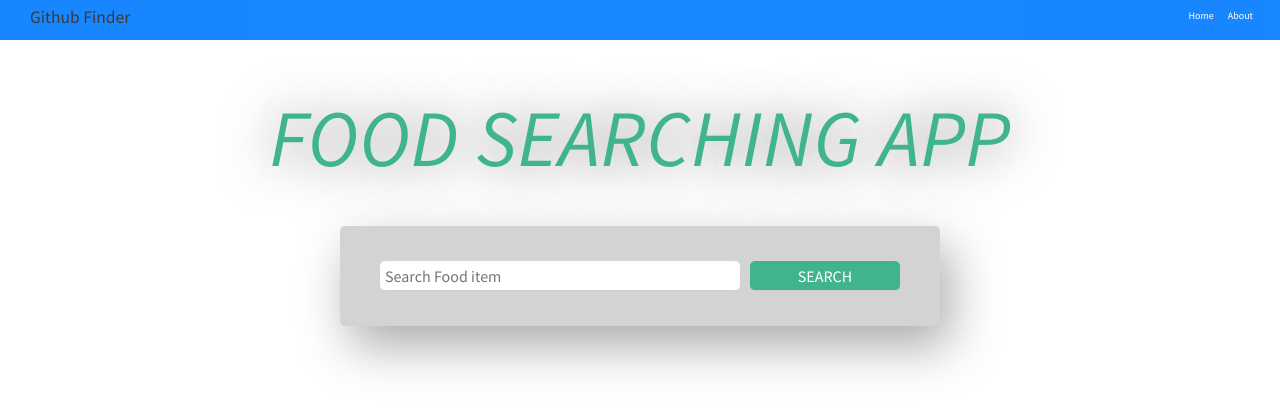
Repository: priyavmehta/React-Food-Recipe-App
Page: /
The author's editor kept a copy of each file at every save. The page is drawn from the files as they stood at one save, then again after the next save.
The browser window is 1280 px wide. The pictures show the whole page.
The project was rebuilt for these pictures with package versions that can differ from the ones it lists, and the page was loaded fresh each time. Also part of the build but not shown: src/Components/RecipeDetails.js, src/Components/Recipe.js, src/Components/Alert.js.

Above is the page before, as saved 2020-07-11 21:57:36.

### public/index.html
<!DOCTYPE html>
<html lang="en">
  <head>
    <meta charset="utf-8" />
    <link rel="icon" href="%PUBLIC_URL%/favicon.ico" />
    <meta name="viewport" content="width=device-width, initial-scale=1" />
    <meta name="theme-color" content="#000000" />
    <meta
      name="description"
      content="Web site created using create-react-app"
    />
    <link rel="apple-touch-icon" href="%PUBLIC_URL%/logo192.png" />
    <link rel="manifest" href="%PUBLIC_URL%/manifest.json" />

    <link rel="stylesheet" href="https://stackpath.bootstrapcdn.com/bootstrap/4.4.1/css/bootstrap.min.css"
        integrity="sha384-Vkoo8x4CGsO3+Hhxv8T/Q5PaXtkKtu6ug5TOeNV6gBiFeWPGFN9MuhOf23Q9Ifjh" crossorigin="anonymous">
    <script src="https://code.jquery.com/jquery-3.4.1.slim.min.js"
        integrity="sha384-J6qa4849blE2+poT4WnyKhv5vZF5SrPo0iEjwBvKU7imGFAV0wwj1yYfoRSJoZ+n"
        crossorigin="anonymous"></script>
    <script src="https://cdn.jsdelivr.net/npm/popper.js@1.16.0/dist/umd/popper.min.js"
        integrity="sha384-Q6E9RHvbIyZFJoft+2mJbHaEWldlvI9IOYy5n3zV9zzTtmI3UksdQRVvoxMfooAo"
        crossorigin="anonymous"></script>
    <script src="https://stackpath.bootstrapcdn.com/bootstrap/4.4.1/js/bootstrap.min.js"
        integrity="sha384-wfSDF2E50Y2D1uUdj0O3uMBJnjuUD4Ih7YwaYd1iqfktj0Uod8GCExl3Og8ifwB6"
        crossorigin="anonymous"></script>

    <title>Food App</title>
  </head>
  <body>
    <noscript>You need to enable JavaScript to run this app.</noscript>
    <div id="root"></div>
    <!--
      This HTML file is a template.
      If you open it directly in the browser, you will see an empty page.

      You can add webfonts, meta tags, or analytics to this file.
      The build step will place the bundled scripts into the <body> tag.

      To begin the development, run `npm start` or `yarn start`.
      To create a production bundle, use `npm run build` or `yarn build`.
    -->
  </body>
</html>

### src/App.js
import React, { useState } from 'react';
import './App.css';
import RecipeState from './context/recipe/RecipeState';
import Search from './Components/Search';
import { BrowserRouter as Router, Switch, Route } from 'react-router-dom'
import Navbar from './Components/Navbar';

const App = () => {

  return (
    <RecipeState>
      <Router>
      <Navbar />
        <div className="App">

          <Search/>
        </div>
      </Router>
    </RecipeState>
  );
}

export default App;

### src/App.css
@import url("https://fonts.googleapis.com/css?family=Source+Sans+Pro:300,300i,400,400i,600,600i,700&display=swap");

* {
  font-family: "Source Sans Pro", sans-serif;
  margin: 0;
  padding: 0;
  text-decoration: none;
  list-style-type: none;
  outline: none;
}

html {
  font-size: 62.5%;
}

.App {
  display: flex;
  flex-direction: column;
  align-items: center;
}

h1 {
  font-size: 8rem;
  letter-spacing: 0.1rem;
  font-style: italic;
  color: #40b48e;
  text-shadow: 0 0.2rem 5rem rgb(119, 115, 115);
  text-transform: uppercase;
  margin: 4rem 0;
}

.search-form {
  width: 60rem;
  height: 10rem;
  display: flex;
  justify-content: center;
  align-items: center;
  background-color: #d3d3d3;
  border-radius: 0.5rem;
  margin-bottom: 5rem;
  box-shadow: 1rem 2rem 5rem #aaa;
  position: relative;
}

.alert {
  /*position: absolute;*/
  top: -3rem;
  left: 0;
  background-color: rgb(233, 72, 72);
  width: calc(100% - 0.4rem);
  border-radius: 0.5rem;
  padding: 0.2rem;
}

.alert h3 {
  font-size: 1.8rem;
  color: #fff;
  font-weight: 400;
  text-transform: uppercase;
  text-align: center;
}

.search-form input {
  font-size: 1.6rem;
  border: none;
  border-bottom: 0.1rem solid #ccc;
  margin: 0 0.5rem;
  border-radius: 0.5rem;
  height: 3rem;
}

.search-form input[type="text"] {
  padding: 0 0.5rem;
  width: 60%;
  color: #555;
}

.search-form input[type="submit"] {
  width: 25%;
  text-transform: uppercase;
  background-color: #40b48e;
  color: #fff;
}

.recipes {
  width: 90%;
  display: flex;
  align-items: center;
  flex-wrap: wrap;
  justify-content: center;
  align-items: flex-start;
}

.recipe {
  width: 30rem;
  margin: 3rem;
  display: flex;
  flex-direction: column;
  background-color: #d3d3d3;
  padding: 2rem;
  position: relative;
  border-radius: 0.5rem;
  box-shadow: 2rem 3rem 5rem #aaa;
}

.recipe h2 {
  background-color: rgba(161, 161, 161, 0.7);
  border-radius: 0.5rem;
  padding: 0.3rem 0.5rem;
  position: absolute;
  top: 2.5rem;
  left: 2.5rem;
  right: 2.5rem;
  font-size: 2.5rem;
  font-weight: 400;
  text-shadow: 0 0.5rem 0.5rem #555;
  color: #fff;
}

.recipe img {
  border-radius: 0.5rem;
  object-fit: cover;
}

.recipe a {
  font-size: 1.8rem;
  color: #40b48e;
}

/* .recipe button {
  font-size: 2rem;
  text-transform: uppercase;
  color: #fff;
  background-color: #40b48e;
  border: none;
  border-radius: 0.5rem;
  height: 3rem;
} */

.ingredient-list {
  margin-top: 1rem;
  background-color: #f0f0f0;
  border-radius: 0.5rem;
  padding: 0.5rem;
}

.ingredient-list li {
  margin: 0.5rem 0;
}

.ingredient-text {
  font-size: 1.5rem;
  color: #888;
}

.ingredient-weight {
  color: #40b48e;
  font-size: 1.3rem;
}

.navbar {
  display: flex;
  justify-content: space-between;
  align-items: center;
  padding: 0.7rem 2rem;
  z-index: 1;
  width: 100%;
  opacity: 0.9;
  margin-bottom: 1rem;
}

.navbar ul {
  display: flex;
}

.navbar a {
  color: #fff;
  padding: 0.45rem;
  margin: 0 0.25rem;
}

.navbar a:hover {
  color: var(--light-color);
}

.navbar .welcome span {
  margin-right: 0.6rem;
}

### src/context/recipe/RecipeState.js
import React, { useReducer, useState, useEffect } from 'react'
import recipeContext from './recipeContext'
import recipeReducer from './recipeReducer';
import axios from 'axios'
import {SEARCH_RECIPE, SET_ALERT, REMOVE_ALERT, SET_HOME_PAGE} from '../types'

const RecipeState = (props) => {

    const initialState = {

        recipes : [],
        alert : ""
    };

    const home_recipes = []

    const [state, dispatch] = useReducer(recipeReducer, initialState);

    const YOUR_APP_ID = 'a232e31f';
    const YOUR_APP_KEY = 'd3cfbfb089b421a6f5135d309faa2604';

    // useEffect(async () => {
    //     const dosa = await axios.get(`https://api.edamam.com/search?q=dosa&app_id=${YOUR_APP_ID}&app_key=${YOUR_APP_KEY}`)
    //     const dosa_results = dosa.data.hits;
    //     home_recipes.push(dosa_results[5])
    //     home_recipes.push(dosa_results[9])

    //     const data = await axios.get(`https://api.edamam.com/search?q=pav&app_id=${YOUR_APP_ID}&app_key=${YOUR_APP_KEY}`)
    //     const results = data.data.hits;
    //     home_recipes.push(results[0])
    //     home_recipes.push(results[1])

    //     dispatch({type : SET_HOME_PAGE, payload : home_recipes})
    //     console.log("All Done")
    //     console.log(state.recipes)
    // }, [])

    const getData = async (text) => {
        if (text !== ''){
            const url = `https://api.edamam.com/search?q=${text}&app_id=${YOUR_APP_ID}&app_key=${YOUR_APP_KEY}`
            const data = await axios.get(url);
            if (!data.data.more){
                return (
                    dispatch({type : SET_ALERT, payload : "Such a food item is not available.."}),
                    setTimeout (() => dispatch({ type : REMOVE_ALERT }), 5000)
                )
            }
            dispatch({type: SEARCH_RECIPE, payload: data.data.hits})
            console.log(state.recipes)
        } else {
            dispatch ({type : SET_ALERT, payload: "Please enter something"})
            setTimeout (() => dispatch({ type : REMOVE_ALERT }), 5000)
        }

    }

    const getIndian = async () => {

    }

    return <recipeContext.Provider value = {{
            getData,
            recipes: state.recipes,
            alert : state.alert
        }
    }
    >
        {props.children}
    </recipeContext.Provider>
}

export default RecipeState

### src/Components/Search.js
import React, {Fragment, useContext, useState} from 'react'
import recipeContext from '../context/recipe/recipeContext'
import Recipe from './Recipe'
import Alert from './Alert'

const Search = () => {

    const [query, setQuery] = useState("")

    const RecipeContext = useContext(recipeContext)
    const {getData, recipes, alert} = RecipeContext

    const changeQuery = (event) => setQuery(event.target.value)

    const onSubmitQuery = (event) => {
        event.preventDefault()
        getData(query)
        setQuery("")
    }

    return (
        <Fragment>
            <h1 >Food Searching App</h1>
            { alert !== "" && <Alert/>}
            <form className = "search-form" onSubmit = {onSubmitQuery}>
                <input type="text" placeholder = "Search Food item" autoComplete = "off" onChange = {changeQuery} value = {query} />
                <input type = "submit" value = "Search" />
            </form>
            <div className = "recipes">
                {
                    recipes !== [] && (
                        recipes.map(recipe => <Recipe recipe = {recipe}/>)
                    )
                }
            </div>
        </Fragment>
    )
}

export default Search

### src/Components/Navbar.js
import React from 'react'
import PropTypes from 'prop-types'
import { Link } from 'react-router-dom'

const Navbar = ({icon, title}) => {

    return (
        <nav className = "navbar bg-primary">
            <h3>
                <i className ={icon} style = {{marginRight : 10 + 'px'}}/> {title}
            </h3>
            <ul>
                <li><Link to="/">Home</Link></li>
                <li><Link to="/about">About</Link></li>
            </ul>
        </nav>
    )
}

Navbar.defaultProps = {
    title : "Github Finder",
    icon : "fab fa-github"
};

Navbar.propTypes = {
    title : PropTypes.string.isRequired,
    icon : PropTypes.string.isRequired
};

export default Navbar

### src/context/recipe/recipeContext.js
import { createContext } from 'react'

const recipeContext = createContext()

export default recipeContext

### src/context/recipe/recipeReducer.js
import {SEARCH_RECIPE, SET_ALERT, REMOVE_ALERT, SET_HOME_PAGE} from '../types'

export default (state, action) => {
    switch(action.type){
        case SET_HOME_PAGE:
            return{
                ...state,
                recipes : action.payload
            }
        case REMOVE_ALERT:
            return{
                ...state,
                alert: ""
            }
        case SET_ALERT:
            return{
                ...state,
                alert: action.payload
            }
        case SEARCH_RECIPE:
            return {
                ...state,
                recipes : action.payload,
                alert: ""
            }
        default:
            return state
    }
}

### src/context/types.js
export const SEARCH_RECIPE = "SEARCH_RECIPE";
export const CHANGE_QUERY = "CHANGE_QUERY";
export const SET_ALERT = "SET_ALERT";
export const REMOVE_ALERT = "REMOVE_ALERT";
export const SET_HOME_PAGE = "SET_HOME_PAGE";

Loaded but not shown: src/index.js (common file); src/index.css (common file); src/serviceWorker.js (common file)

After the next save:
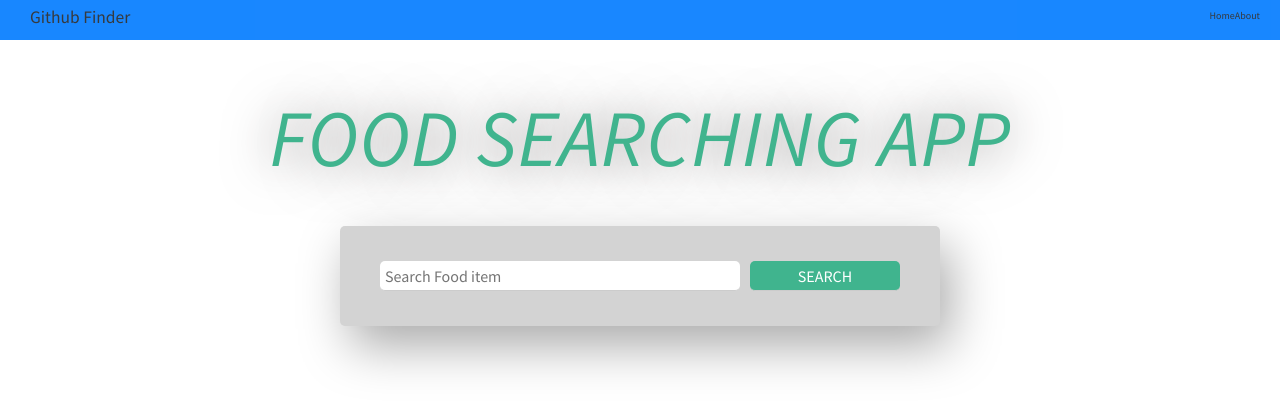
Saved 49 s later.
--- a/src/Components/Navbar.js
+++ b/src/Components/Navbar.js
@@ -10,8 +10,11 @@ const Navbar = ({icon, title}) => {
                 <i className ={icon} style = {{marginRight : 10 + 'px'}}/> {title}
             </h3>
             <ul>
-                <li><Link to="/">Home</Link></li>
+                {/* <li><Link to="/">Home</Link></li>
                 <li><Link to="/about">About</Link></li>
+                 */}
+                <li>Home</li>
+                <li>About</li>
             </ul>
         </nav>
     )
